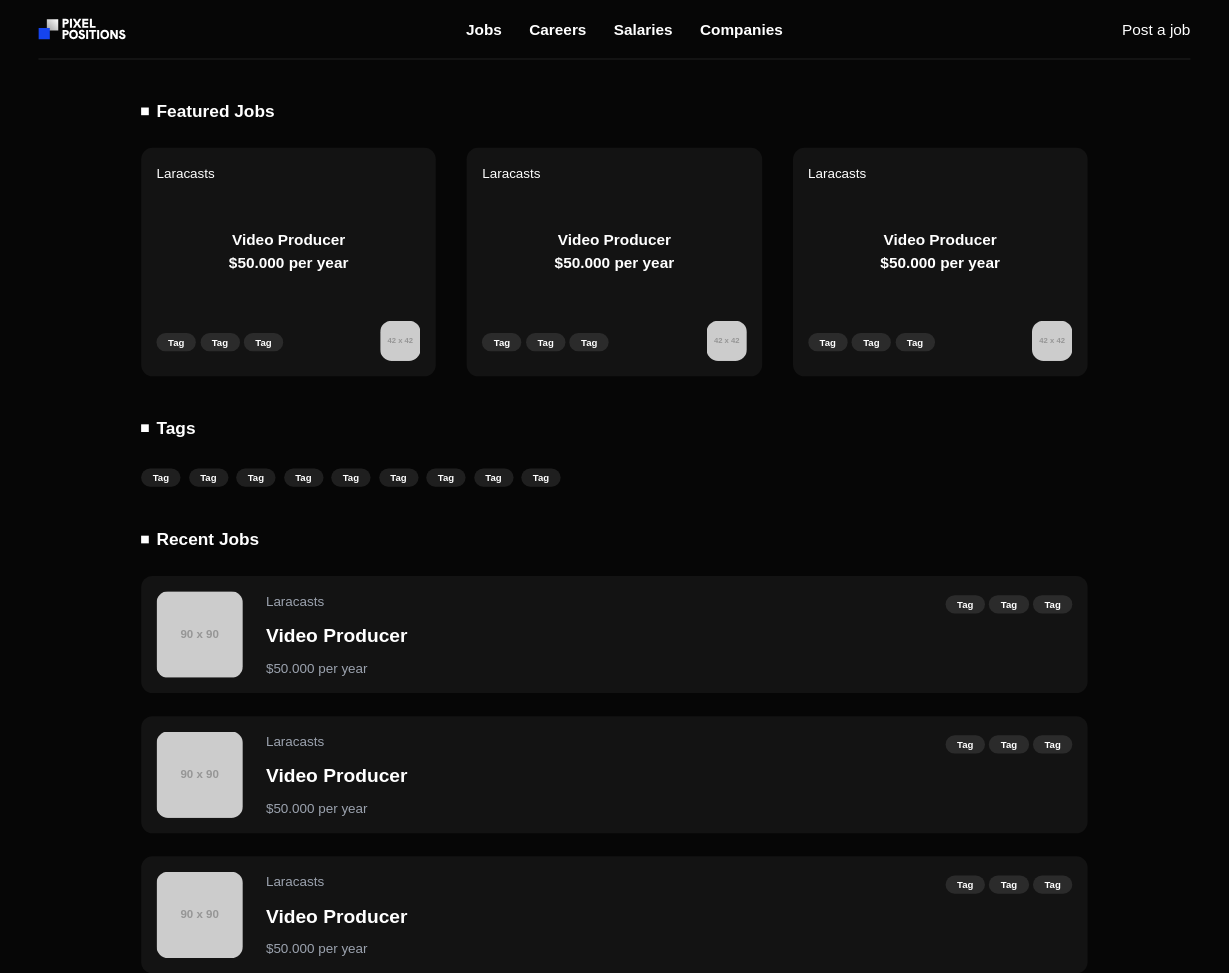
Repository: aggepap/pixel-positions-laravel
Page: http://localhost/
The author's editor kept a copy of each file at every save. The page is drawn from the files as they stood at one save, then again after the next save.
The browser window is 1280 px wide. The pictures show the whole page, at 96% of full size.
Some web fonts or font styles are not loaded; a fallback is used. The page is served by the project's Laravel application, run on PHP 8.4 with Laravel 12. Style sheets and scripts are compiled from the project's sources, by tool versions that may differ from the author's.

Above is the page before, as saved 2025-02-21 21:42:37.

After the next save:
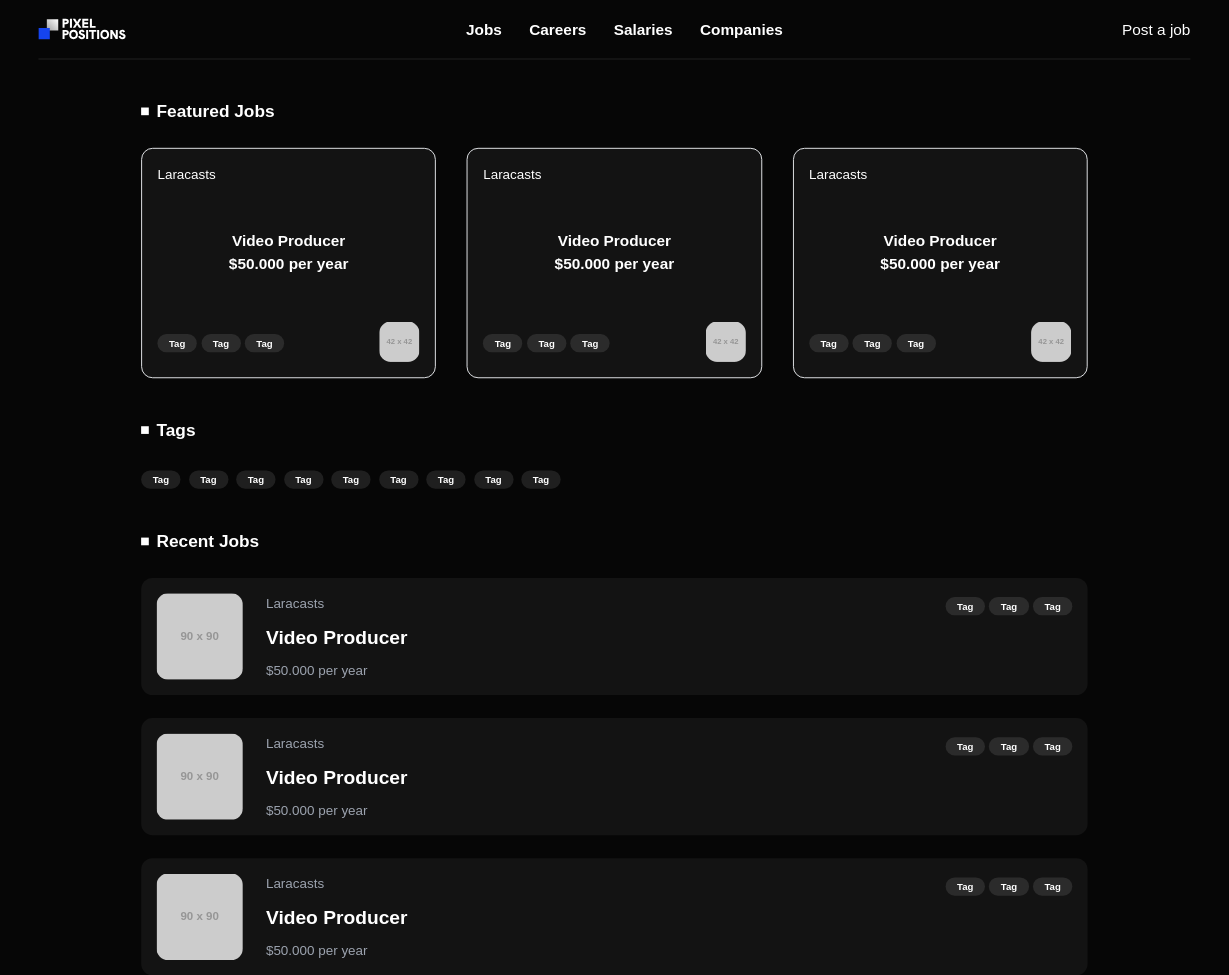
Saved 6 min 53 s later.
--- a/resources/views/components/job-card.blade.php
+++ b/resources/views/components/job-card.blade.php
@@ -1,4 +1,4 @@
-<div class=" p-4 bg-white/5 rounded-xl flex flex-col gap-4 text-center">
+<div class=" p-4 bg-white/5 rounded-xl flex flex-col gap-4 text-center border">
 
   <div class="self-start text-sm">Laracasts</div>
   <div class="py-8 font-bold"><h3>Video Producer</h3>
